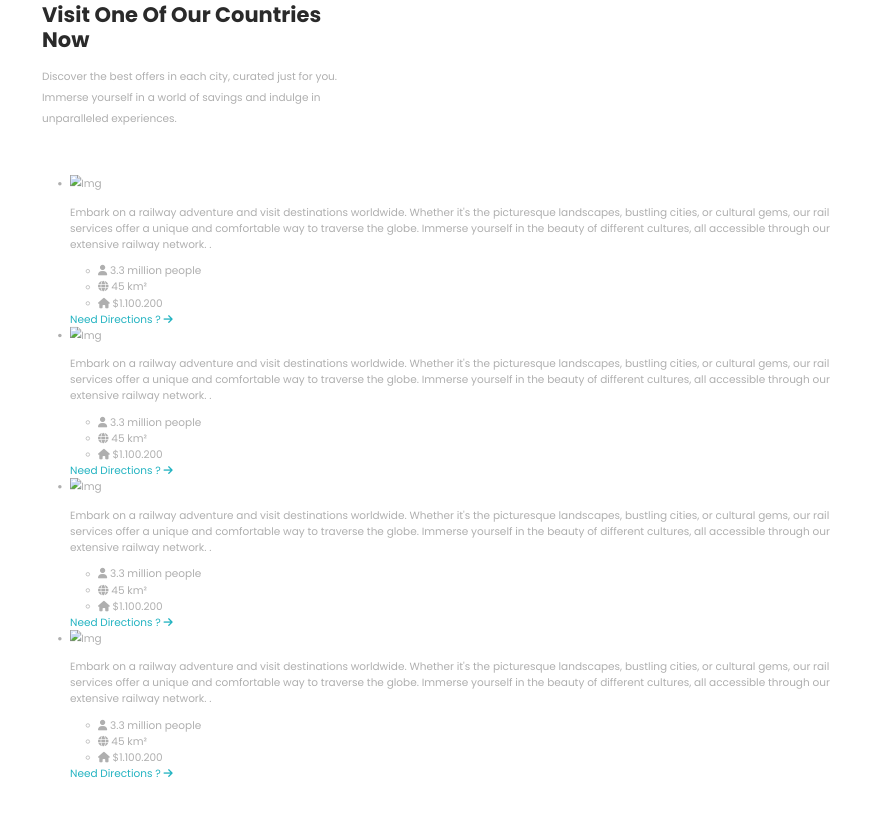
Repository: asadbekdev07/asadbekdev-zamontour-react
Page: /
The author's editor kept a copy of each file at every save. The page is drawn from the files as they stood at one save, then again after the next save.
The browser window is 1280 px wide. The pictures show the part of the page from y = 3007 to 4927 px (the page is 4178 px tall before and 5138 px after), at 70% of full size.
The project was rebuilt for these pictures with package versions that can differ from the ones it lists, and the page was loaded fresh each time. Also part of the build but not shown: vite.config.js.

Above is the page before, as saved 2024-05-26 19:24:58.

After the next save:
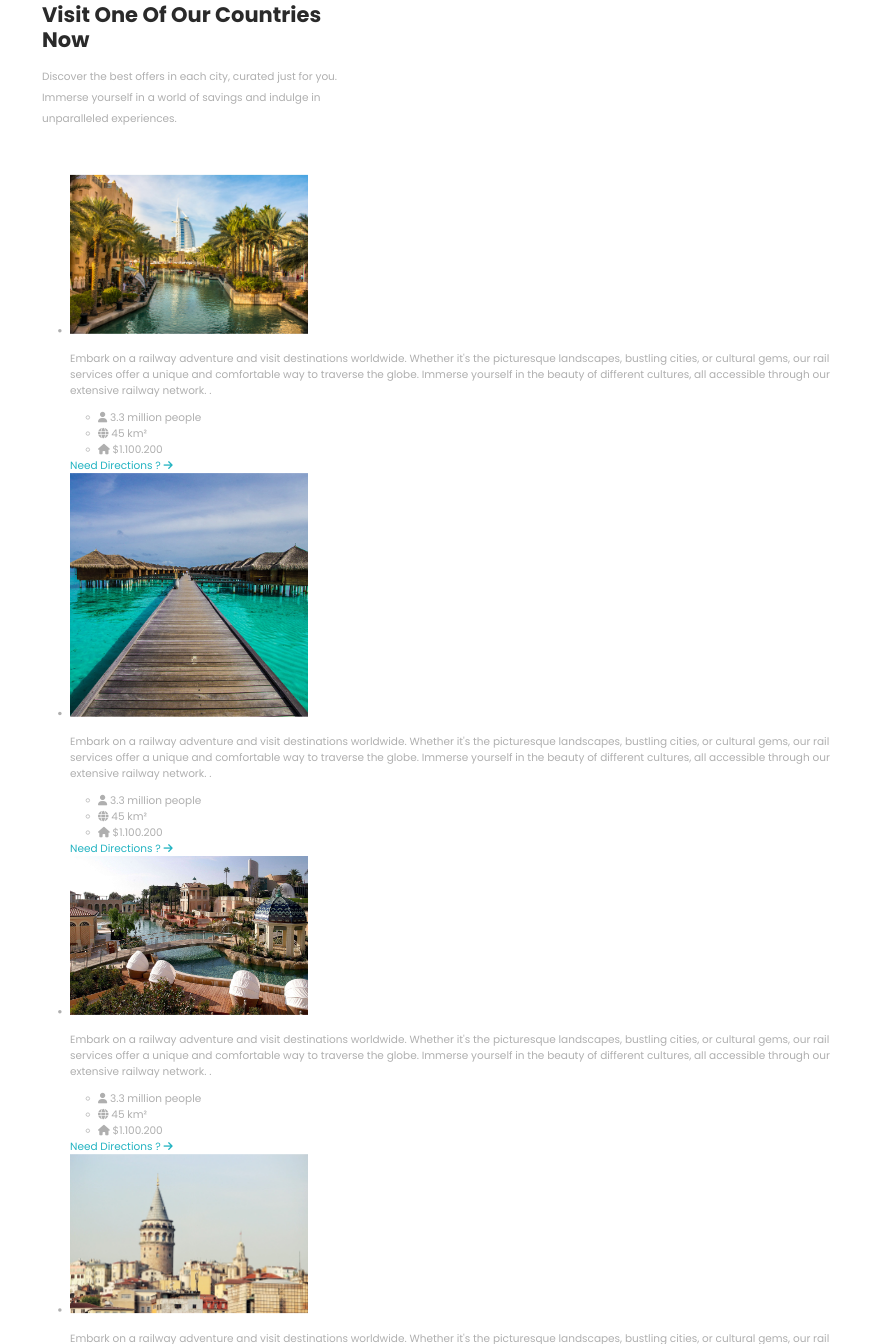
Saved 79 s later.
--- a/src/assets/components/Visit.jsx
+++ b/src/assets/components/Visit.jsx
@@ -22,7 +22,7 @@ const Visit = () => {
       <ul className="visit__list">
         {visitData.map((visit, index) => (
           <li key={index} className="visit__item">
-          <img className="visit__img" src={visitData.img} alt="Img" width={340} height={228} />
+          <img className="visit__img" src={visit.img} alt="Img" width={340} height={228} />
           <div className="visit__inner">
             <h3 className="visit__inner-heading">{visitData.city}</h3>
             <span className="visit__inner-span">{visitData.country}</span>
